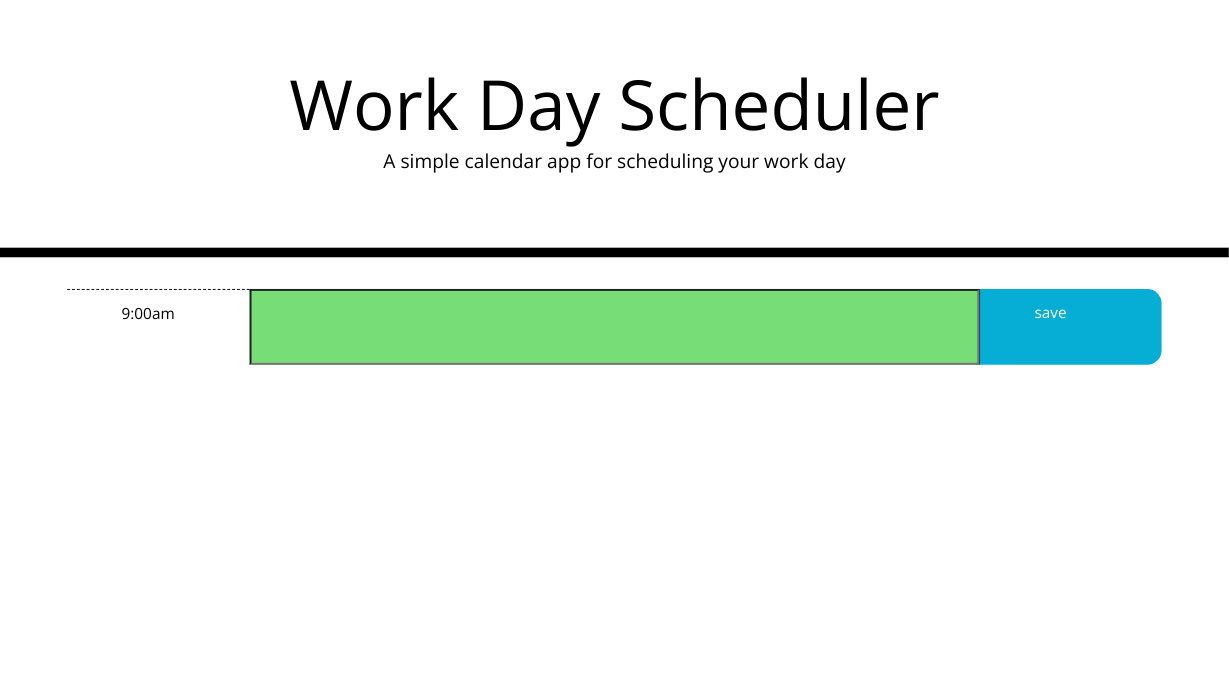
Repository: s88leigh/Day-Planner
Page: Develop/index.html
These files come from the project's save history. The page is drawn as it stood at one moment and after a run of saves; the edit follows.
The browser window is 1280 px wide. The pictures show the whole page, at 96% of full size.
Some web libraries are served in a nearby version.

Above is the page before, as saved 2019-10-25 16:43:47.
Console error: SyntaxError: Unexpected token 'var'

After the next 2 saves:
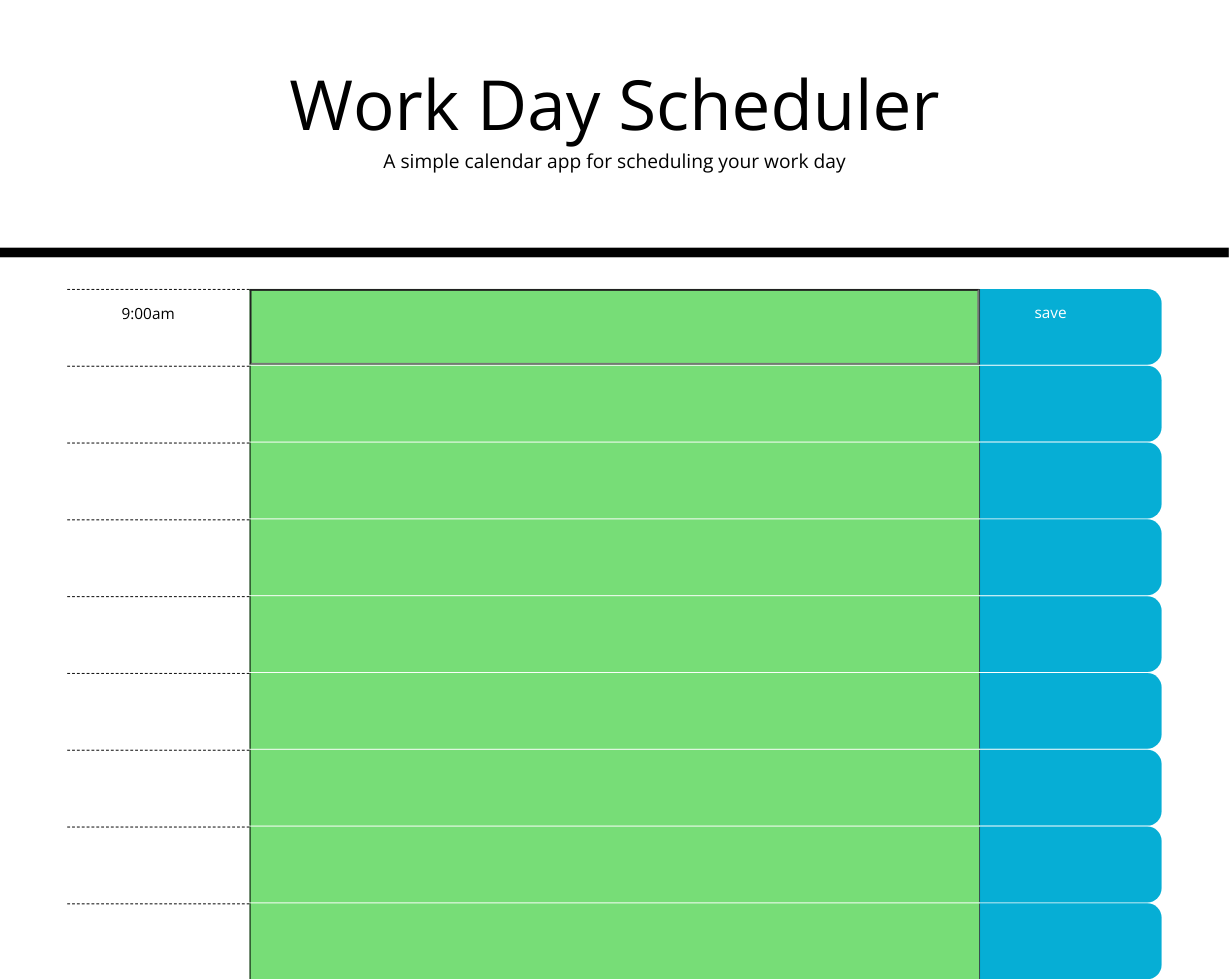
Console error: ReferenceError: textAreaEl is not defined
The 2 saves are shown as one change because they came seconds apart.
The last was saved 7 s later.
--- a/Develop/script.js
+++ b/Develop/script.js
@@ -24,7 +24,9 @@ for(i = startTime; i < endTime; i++) {
     timeSlots.append(newHour);
  }
 
- for (var i=0; i<8; i++
+ for (var i=0; i<8; i++) {
+
+ }
 var saveButton = $(".saveBtn");
 
 
